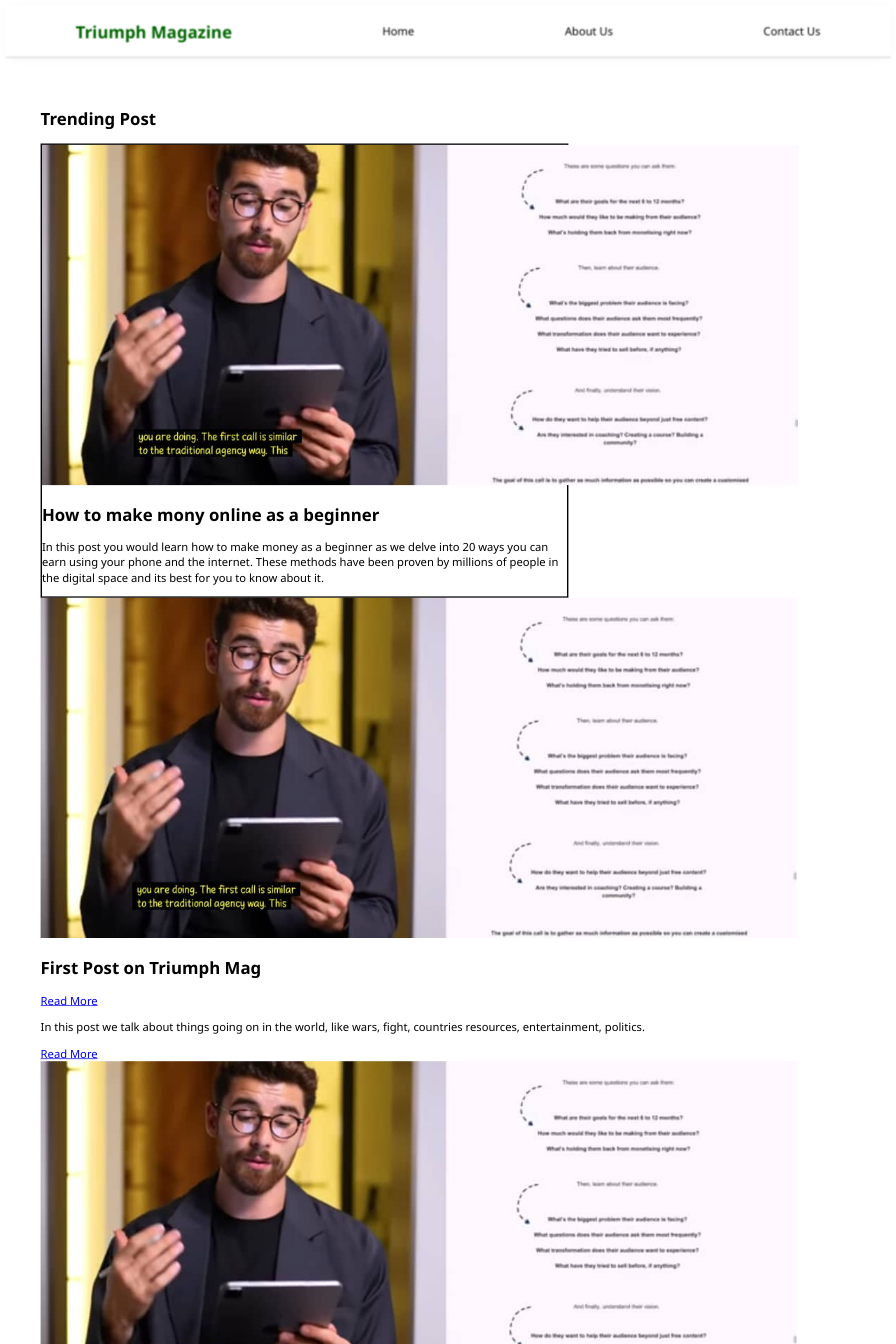
Repository: zikcolle/Triumph-Blog
Page: index.html
These files come from the project's save history. The page is drawn as it stood at one moment and after a run of saves; the edit follows.
The browser window is 1280 px wide. The pictures show the part of the page from y = 0 to 1920 px (the page is 5455 px tall), at 70% of full size.

Above is the page before, as saved 2026-06-20 15:45:31.

### index.html
<!DOCTYPE html>
<html lang="en">

<head>
    <meta charset="UTF-8">
    <meta name="viewport" content="width=device-width, initial-scale=1.0">
    <title>Triumph Magazine</title>
    <link rel="stylesheet" href="styles.css">
</head>

<body>
    <header>
        <h2>Triumph Magazine</h2>
            <a href="#">Home</a></li>
            <a href="/about-us">About Us</a>
            <a href="/contact-us">Contact Us</a>
    </header>

    <main>
        <section>
            <div>
                <h2 class="label-post">Trending Post</h2>
            </div>
            <div class="feat-post">
                <img src="simage\postiman.jpeg">
                <h1>How to make mony online as a beginner</h1>
                <p>In this post you would learn how to make money as a beginner as we delve into 20 ways you can earn
                    using your phone and the internet. These methods have been proven by millions of people in the
                    digital space and its best for you to know about it.</p>
            </div>
        </section>

        <section class="post-grid">
            <div class="blog-post">
                <img src="simage\postiman.jpeg">
                <h1>First Post on Triumph Mag</h1><a href="#" class="read-more">Read More</a>
                <p>In this post we talk about things going on in the world, like wars, fight, countries resources,
                    entertainment, politics.</p>
                <a href="#" class="read-more">Read More</a>
            </div>

            <div class="blog-post">
                <img src="simage\postiman.jpeg">
                <h1>Second Post on Triumph Mag</h1>
                <p>In this post we talk about things going on in the world, like wars, fight, countries resources,
                    entertainment, politics.</p>
                <a href="#" class="read-more">Read More</a>
            </div>

            <div class="blog-post">
                <img src="simage\postiman.jpeg">
                <h1>Third Post on Triumph Mag</h1>
                <p>In this post we talk about things going on in the world, like wars, fight, countries resources,
                    entertainment, politics.</p>
                <a href="#" class="read-more">Read More</a>
            </div>

            <div class="blog-post">
                <img src="simage\postiman.jpeg">
                <h1>Fourth Post on Triumph Mag</h1>
                <p>In this post we talk about things going on in the world, like wars, fight, countries resources,
                    entertainment, politics.</p>
                <a href="#" class="read-more">Read More</a>
            </div>

            <div class="blog-post">
                <img src="simage\postiman.jpeg">
                <h1>Fifth Post on Triumph Mag</h1>
                <p>In this post we talk about things going on in the world, like wars, fight, countries resources,
                    entertainment, politics.</p>
                <a href="#" class="read-more">Read More</a>
            </div>

            <div class="blog-post">
                <img src="simage\postiman.jpeg">
                <h1>Sixth Post on Triumph Mag</h1>
                <p>In this post we talk about things going on in the world, like wars, fight, countries resources,
                    entertainment, politics.</p>
                <a href="#" class="read-more">Read More</a>
            </div>

            <div><a href="/blog">View More Posts</a></div>
        </section>

        <section>
            <h2>Related Posts</h2>

            <div class="blog-post">
                <img src="simage\postiman.jpeg">
                <h1><a href="/blog">Sixth Post on Triumph Mag</a></h1>
            </div>
        </section>
    </main>

    <footer>
        <h2>Triumph Magazine</h2>
        <p>© 2026 Triumph Magazine. All rights reserved.</p>
    </footer>

</body>

</html>

### styles.css
body {
    background-color: rgb(255, 255, 255);
    color: rgb(0, 0, 0);
    font-family:'Segoe UI', Tahoma, Geneva, Verdana, sans-serif;
}

header {
    display: flex;
    justify-content: space-between;
    align-items: center;
    margin: 0 auto;
    padding: 0 100px 0 100px;
    background-color: rgba(255,255,255,0.92);
    border-bottom: 1px solid rgba(0, 0, 0, 0.213);
    backdrop-filter: blur(20px) saturate(180%);
    -webkit-backdrop-filter: blur(20px) saturate(180%);
    box-shadow: 0 1px 0 rgba(0,0,0,0.04), 0 2px 16px rgba(0,0,0,0.04);
    color: rgb(0, 101, 0);
}

header a {
    text-decoration: none;
    color: rgb(0, 0, 0);
}

header a:hover {
    text-decoration: none;
    color: rgb(0, 101, 0);
    text-decoration: underline;
}

main {
    padding: 50px;
}
.feat-post {
    background-color: rgb(255, 255, 255);
    border: 2px solid rgb(0, 0, 0);
    max-width: 750px;
}

.feat-post img {
    max-width: 0 auto;
}

After the next 3 saves:
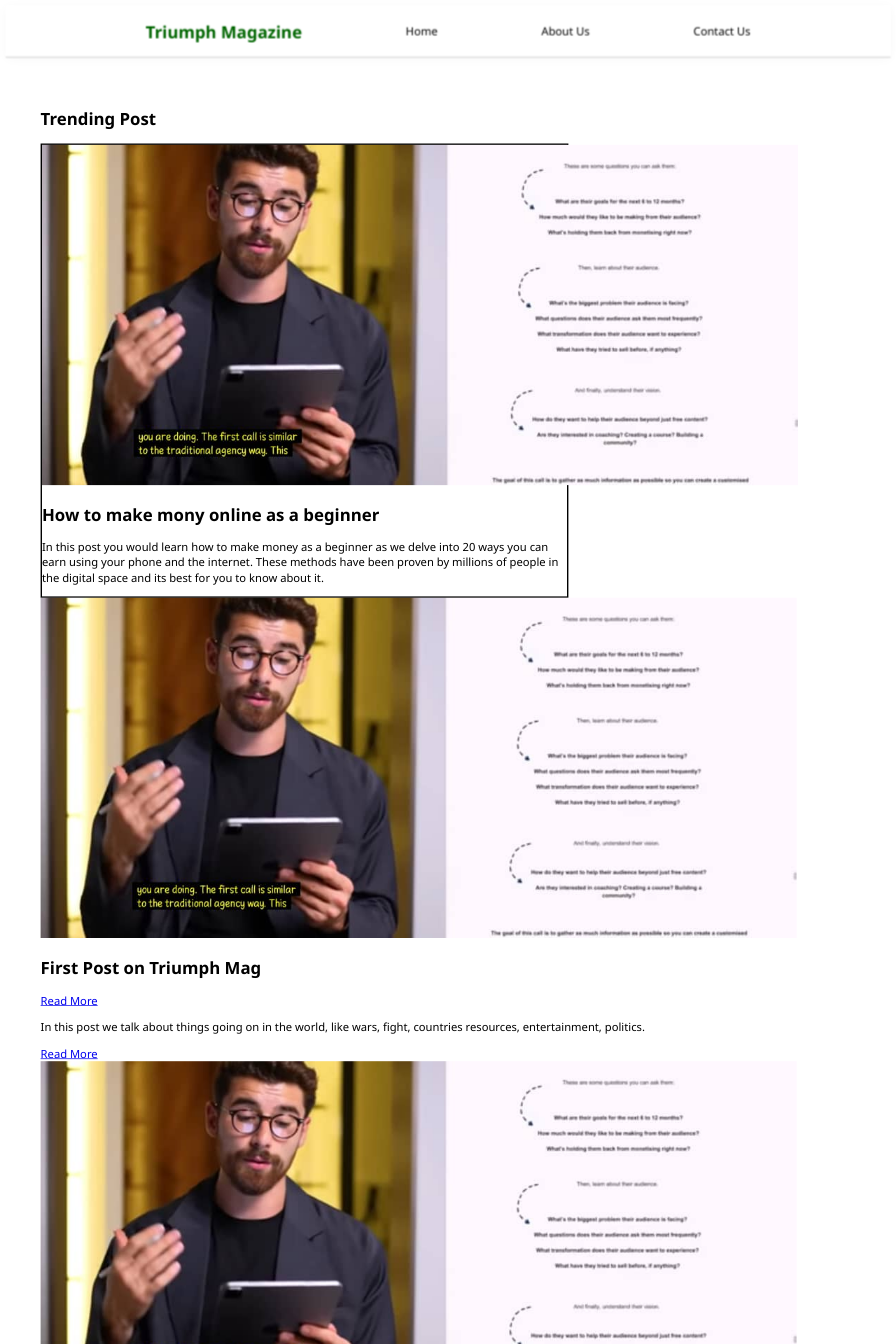
The 3 saves are shown as one change because they came seconds apart.
The last was saved 25 s later.
--- a/styles.css
+++ b/styles.css
@@ -9,7 +9,7 @@ header {
     justify-content: space-between;
     align-items: center;
     margin: 0 auto;
-    padding: 0 100px 0 100px;
+    padding: 0 200px 0 200px;
     background-color: rgba(255,255,255,0.92);
     border-bottom: 1px solid rgba(0, 0, 0, 0.213);
     backdrop-filter: blur(20px) saturate(180%);
